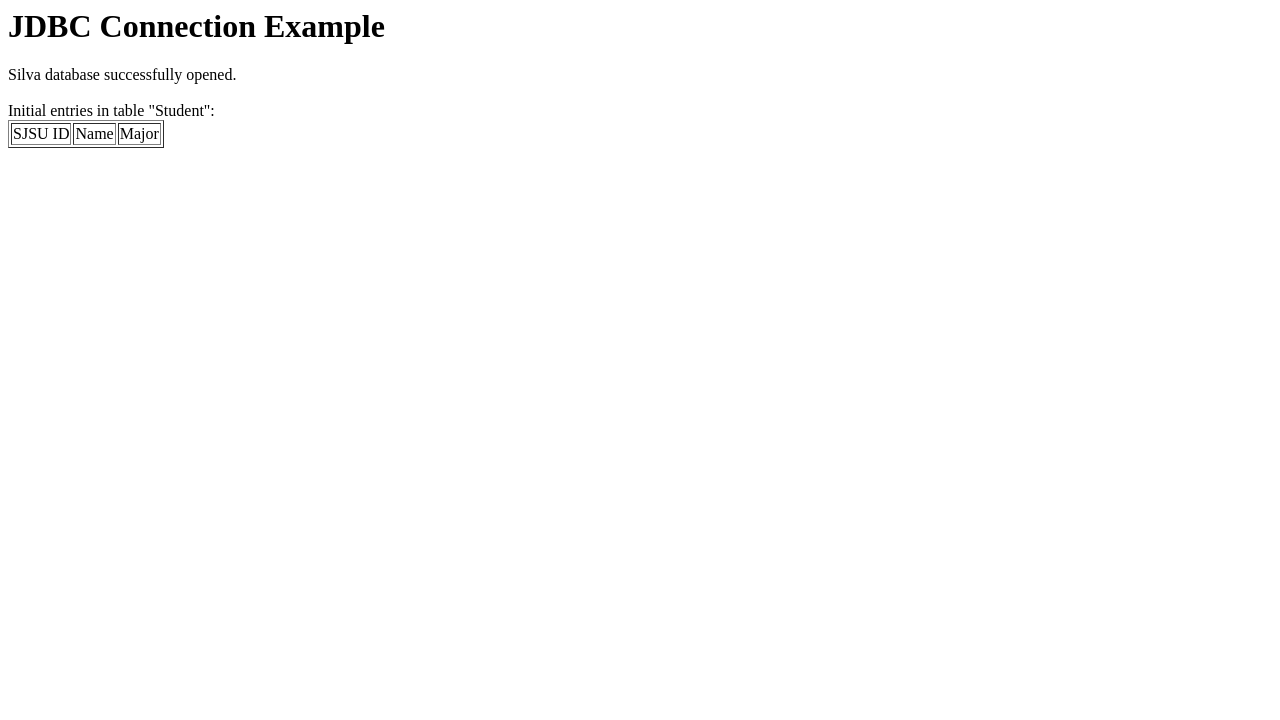
Repository: dannie-su-sjsu/CS157A-team6
Page: http://localhost/ToMovie/JDBCdemo.jsp
An editor plug-in stored every save of this project. The page is shown before and after the next save, followed by the edit.
The browser window is 1280 px wide. The pictures show the whole page.
The page is served by Tomcat 9. Other server files are loaded and not shown. Queries for data that is not in the repository find no rows.

Above is the page before, as saved 2023-07-11 07:07:54.

### ToMovie/src/main/webapp/JDBCdemo.jsp
<%@ page import="java.sql.*"%>
<html>
  <head>
    <title>Three Tier Architecture Demo</title>
    </head>
  <body>
    <h1>JDBC Connection Example</h1>

    <table border="1">
      <tr>
        <td>SJSU ID</td>
        <td>Name</td>
        <td>Major</td>
   </tr>
    <%
     String db = "Silva";
        String user; // assumes database name is the same as username
          user = "root";
        String password = "Halo4mlg!";
        try {

            java.sql.Connection con;
            Class.forName("com.mysql.jdbc.Driver");
            con = DriverManager.getConnection("jdbc:mysql://localhost:3306/Silva?autoReconnect=true&useSSL=false",user, password);
            out.println(db + " database successfully opened.<br/><br/>");

            out.println("Initial entries in table \"Student\": <br/>");
            Statement stmt = con.createStatement();
            ResultSet rs = stmt.executeQuery("SELECT * FROM Student");
            while (rs.next()) {
                out.println(rs.getInt(1) + "    " + rs.getString(2) + "    " + rs.getString(3) + "<br/><br/>");
            }
            rs.close();
            stmt.close();
            con.close();
        } catch(SQLException e) {
            out.println("SQLException caught: " + e.getMessage());
        }
    %>
  </body>
</html>

After the next save:
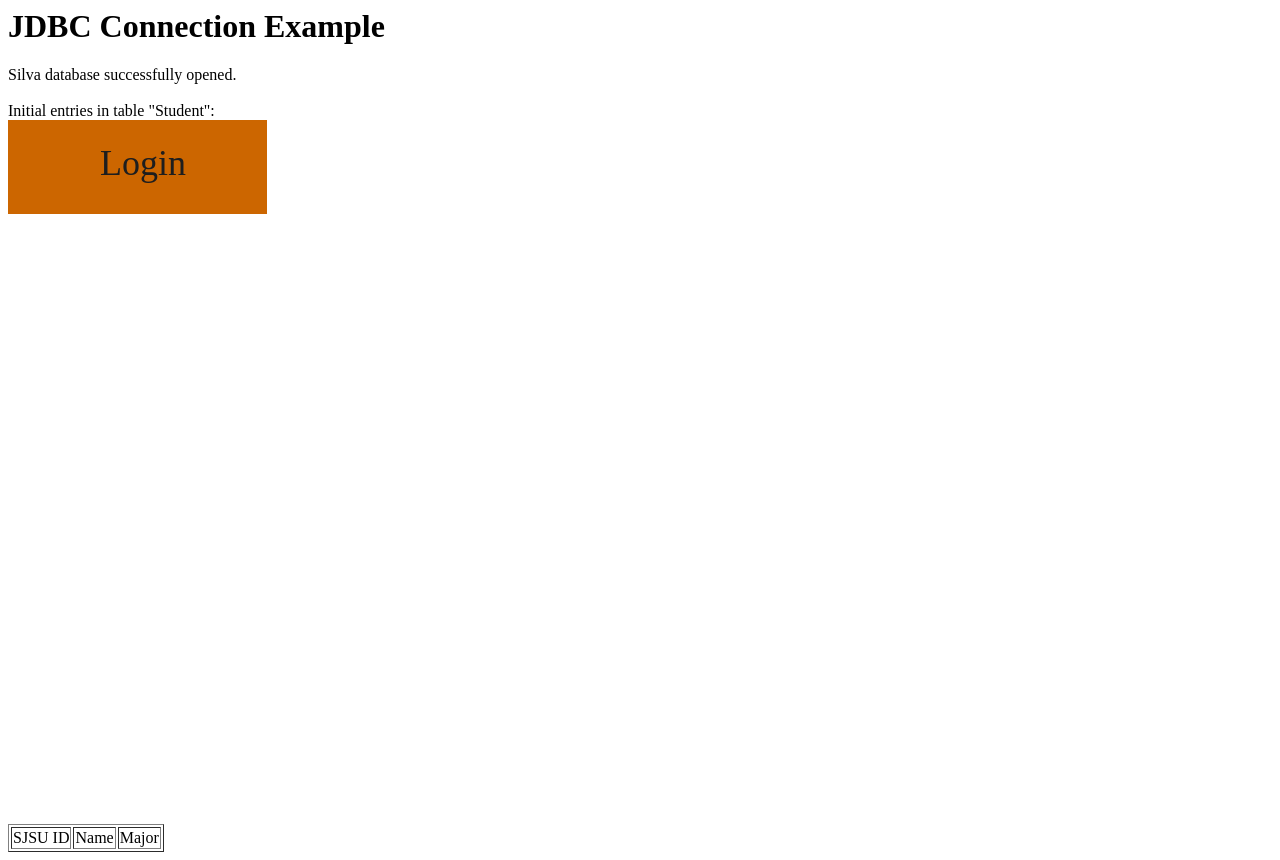
Saved 71 s later.
--- a/ToMovie/src/main/webapp/JDBCdemo.jsp
+++ b/ToMovie/src/main/webapp/JDBCdemo.jsp
@@ -37,5 +37,9 @@
             out.println("SQLException caught: " + e.getMessage());
         }
     %>
+    <div style="width: 100%; height: 100%; position: relative">
+    <div style="width: 259px; height: 94px; left: 0px; top: 0px; position: absolute; background: #CC6600"></div>
+    <div style="left: 92px; top: 22px; position: absolute; text-align: center; color: #1E1E1E; font-size: 36px; font-family: Jockey One; font-weight: 400; word-wrap: break-word">Login</div>
+</div>
   </body>
 </html>
